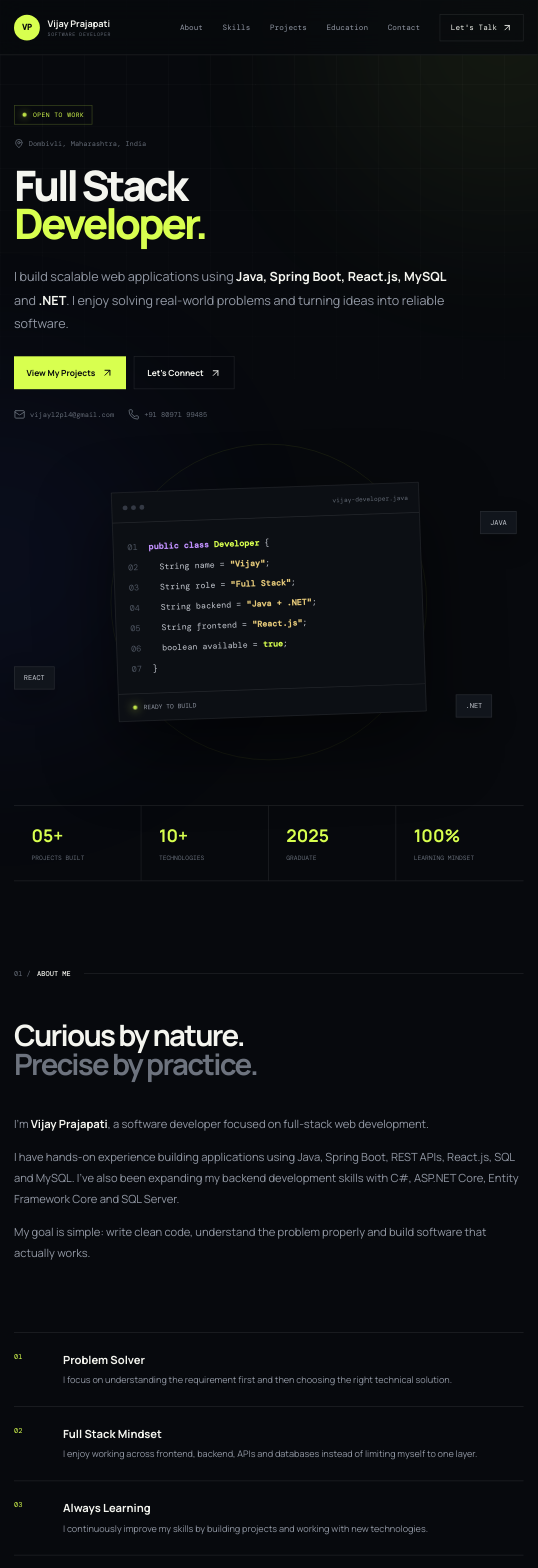
Repository: vijaymp1214/vijay-portfolio
Page: /
These files come from the project's save history. The page is drawn as it stood at one moment and after the next save; the edit follows.
The browser window is 768 px wide. The pictures show the part of the page from y = 0 to 2240 px (the page is 8357 px tall before and 8391 px after), at 70% of full size.
The project was rebuilt for these pictures with package versions that can differ from the ones it lists, and the page was loaded fresh each time.

Above is the page before, as saved 2026-08-12 07:58:06.

### index.html
<!doctype html>
<html lang="en">
  <head>
    <meta charset="UTF-8" />
    <meta name="viewport" content="width=device-width, initial-scale=1.0" />
    <meta name="description" content="Vijay Prajapati — Full Stack Developer portfolio." />
    <meta name="theme-color" content="#080a0f" />
    <title>Vijay Prajapati — Software Developer</title>
  </head>
  <body>
    <div id="root"></div>
    <script type="module" src="/src/main.jsx"></script>
  </body>
</html>

### src/main.jsx
import React from "react";
import ReactDOM from "react-dom/client";
import App from "./App.jsx";
import "./App.css";

ReactDOM.createRoot(document.getElementById("root")).render(
  <React.StrictMode>
    <App />
  </React.StrictMode>
);

### src/App.css
@import url("https://fonts.googleapis.com/css2?family=DM+Mono:wght@400;500&family=Manrope:wght@400;500;600;700;800&display=swap");

:root {
  --bg: #07090d;
  --bg2: #0d1016;
  --card: #10141b;
  --text: #f4f5ef;
  --muted: #9298a4;
  --muted2: #646b76;
  --line: rgba(255, 255, 255, 0.1);
  --green: #d8ff4f;
  --green-dark: #9fbd39;
  --max: 1180px;
}

* {
  margin: 0;
  padding: 0;
  box-sizing: border-box;
}

html {
  scroll-behavior: smooth;
}

body {
  background: var(--bg);
  color: var(--text);
  font-family: "Manrope", sans-serif;
  overflow-x: hidden;
}

a {
  color: inherit;
  text-decoration: none;
}

button,
input,
textarea {
  font-family: inherit;
}

.section-container {
  width: min(1180px, calc(100% - 40px));
  margin: auto;
}

/* BACKGROUND */

.background-grid {
  position: fixed;
  inset: 0;
  z-index: -5;
  pointer-events: none;
  background-image:
    linear-gradient(rgba(255,255,255,0.025) 1px, transparent 1px),
    linear-gradient(90deg, rgba(255,255,255,0.025) 1px, transparent 1px);
  background-size: 60px 60px;
  mask-image: linear-gradient(to bottom, black, transparent 90%);
}

.glow {
  position: fixed;
  width: 500px;
  height: 500px;
  border-radius: 50%;
  pointer-events: none;
  filter: blur(140px);
  opacity: 0.07;
  z-index: -4;
}

.glow-one {
  background: var(--green);
  top: -200px;
  right: -200px;
}

.glow-two {
  background: #425cff;
  bottom: -250px;
  left: -250px;
}

/* NAVBAR */

.navbar {
  position: fixed;
  top: 0;
  width: 100%;
  z-index: 100;
  border-bottom: 1px solid var(--line);
  background: rgba(7, 9, 13, 0.78);
  backdrop-filter: blur(18px);
}

.nav-container {
  width: min(1180px, calc(100% - 40px));
  height: 78px;
  margin: auto;
  display: flex;
  align-items: center;
  justify-content: space-between;
}

.logo {
  display: flex;
  align-items: center;
  gap: 11px;
}

.logo > span {
  width: 37px;
  height: 37px;
  display: grid;
  place-items: center;
  border-radius: 50%;
  background: var(--green);
  color: #080a0d;
  font-family: "DM Mono";
  font-weight: 600;
  font-size: 12px;
}

.logo strong {
  display: block;
  font-size: 13px;
}

.logo small {
  display: block;
  margin-top: 2px;
  color: var(--muted2);
  font-family: "DM Mono";
  font-size: 7px;
  letter-spacing: 0.12em;
}

.nav-links {
  display: flex;
  align-items: center;
  gap: 28px;
  font-family: "DM Mono";
  font-size: 11px;
  color: var(--muted);
}

.nav-links a {
  transition: 0.25s;
}

.nav-links a:hover {
  color: var(--green);
}

.nav-button {
  padding: 11px 15px;
  border: 1px solid var(--line);
  display: flex;
  gap: 7px;
  align-items: center;
  color: var(--text) !important;
}

.nav-button:hover {
  border-color: var(--green);
}

.mobile-menu {
  display: none;
  background: transparent;
  border: 0;
  color: white;
}

/* HERO */

.hero {
  min-height: 820px;
  padding-top: 150px;
  padding-bottom: 90px;
  display: grid;
  grid-template-columns: 1.05fr 0.95fr;
  align-items: center;
  gap: 70px;
}

.availability {
  display: inline-flex;
  align-items: center;
  gap: 9px;
  padding: 7px 11px;
  border: 1px solid rgba(216, 255, 79, 0.25);
  color: var(--green);
  font-family: "DM Mono";
  font-size: 9px;
  letter-spacing: 0.08em;
}

.availability span,
.ready span {
  width: 6px;
  height: 6px;
  border-radius: 50%;
  background: var(--green);
  box-shadow: 0 0 12px var(--green);
  animation: blink 1.7s infinite;
}

@keyframes blink {
  50% {
    opacity: 0.3;
  }
}

.hero-location {
  margin-top: 20px;
  color: var(--muted2);
  display: flex;
  align-items: center;
  gap: 7px;
  font-family: "DM Mono";
  font-size: 10px;
}

.hero h1 {
  margin-top: 25px;
  font-size: clamp(60px, 7.4vw, 100px);
  line-height: 0.92;
  letter-spacing: -0.07em;
  font-weight: 800;
}

.hero h1 span {
  color: var(--green);
}

.hero-description {
  max-width: 650px;
  margin-top: 32px;
  color: var(--muted);
  line-height: 1.85;
  font-size: 18px;
}

.hero-description strong {
  color: var(--text);
}

.hero-buttons {
  display: flex;
  gap: 11px;
  margin-top: 30px;
  flex-wrap: wrap;
}

.primary-button,
.secondary-button {
  padding: 14px 18px;
  display: inline-flex;
  align-items: center;
  gap: 9px;
  font-size: 12px;
  font-weight: 700;
  transition: 0.25s;
}

.primary-button {
  color: #080a0d;
  background: var(--green);
}

.primary-button:hover {
  transform: translateY(-3px);
  box-shadow: 0 10px 35px rgba(216, 255, 79, 0.15);
}

.secondary-button {
  border: 1px solid var(--line);
}

.secondary-button:hover {
  border-color: white;
  transform: translateY(-3px);
}

.hero-contact {
  margin-top: 28px;
  display: flex;
  flex-wrap: wrap;
  gap: 20px;
}

.hero-contact a {
  display: flex;
  gap: 7px;
  align-items: center;
  color: var(--muted2);
  font-family: "DM Mono";
  font-size: 10px;
}

.hero-contact a:hover {
  color: var(--green);
}

/* CODE CARD */

.hero-right {
  position: relative;
  min-height: 470px;
  display: grid;
  place-items: center;
}

.hero-right::before,
.hero-right::after {
  content: "";
  position: absolute;
  border: 1px solid rgba(216, 255, 79, 0.1);
  border-radius: 50%;
}

.hero-right::before {
  width: 450px;
  height: 450px;
}

.hero-right::after {
  width: 320px;
  height: 320px;
}

.developer-card {
  width: min(100%, 440px);
  position: relative;
  z-index: 3;
  background: #0c0f14;
  border: 1px solid var(--line);
  box-shadow: 0 40px 100px rgba(0, 0, 0, 0.55);
  transform: rotate(-2deg);
}

.card-top {
  height: 43px;
  padding: 0 15px;
  display: flex;
  align-items: center;
  gap: 10px;
  border-bottom: 1px solid var(--line);
  font-family: "DM Mono";
  font-size: 9px;
  color: var(--muted2);
}

.dots {
  display: flex;
  gap: 5px;
}

.dots i {
  width: 7px;
  height: 7px;
  border-radius: 50%;
  background: #343944;
}

.card-top span {
  margin-left: auto;
}

.code-content {
  padding: 27px 20px;
  display: flex;
  flex-direction: column;
  gap: 13px;
  font: 12px "DM Mono";
  color: #c6cad2;
}

.code-content > div {
  display: grid;
  grid-template-columns: 30px 1fr;
}

.line {
  color: #4e5561;
}

.purple {
  color: #c291ff;
}

.green {
  color: var(--green);
}

.yellow {
  color: #e4c879;
}

.ready {
  padding: 13px 20px;
  border-top: 1px solid var(--line);
  display: flex;
  align-items: center;
  gap: 9px;
  color: var(--muted);
  font: 9px "DM Mono";
}

.floating-tech {
  position: absolute;
  z-index: 5;
  padding: 9px 13px;
  border: 1px solid var(--line);
  background: #11151c;
  color: #c6cad1;
  font: 10px "DM Mono";
  box-shadow: 0 15px 35px rgba(0, 0, 0, 0.3);
}

.java {
  top: 70px;
  right: 10px;
}

.react {
  bottom: 75px;
  left: 0;
}

.dotnet {
  bottom: 35px;
  right: 45px;
}

/* STATS */

.stats {
  display: grid;
  grid-template-columns: repeat(4, 1fr);
  border-top: 1px solid var(--line);
  border-bottom: 1px solid var(--line);
}

.stats div {
  padding: 25px;
  border-right: 1px solid var(--line);
}

.stats div:last-child {
  border-right: 0;
}

.stats strong {
  display: block;
  color: var(--green);
  font-size: 25px;
}

.stats span {
  color: var(--muted2);
  font: 9px "DM Mono";
  text-transform: uppercase;
}

/* SECTIONS */

.section {
  padding-top: 125px;
  padding-bottom: 125px;
}

.section-title {
  display: flex;
  align-items: center;
  gap: 9px;
  margin-bottom: 60px;
  color: var(--muted2);
  font: 10px "DM Mono";
  text-transform: uppercase;
}

.section-title strong {
  color: var(--text);
  font-weight: 500;
}

.section-title i {
  height: 1px;
  flex: 1;
  margin-left: 10px;
  background: var(--line);
}

/* ABOUT */

.about-grid {
  display: grid;
  grid-template-columns: 1fr 1fr;
  gap: 100px;
}

.about-grid h2,
.project-heading h2,
.education-heading h2,
.contact-left h2 {
  font-size: clamp(42px, 5vw, 67px);
  line-height: 1;
  letter-spacing: -0.06em;
}

.about-grid h2 span,
.project-heading h2 span,
.education-heading h2 span {
  color: #6d737e;
}

.about-text {
  color: var(--muted);
  line-height: 1.85;
  font-size: 16px;
}

.about-text p {
  margin-bottom: 18px;
}

.about-text strong {
  color: var(--text);
}

.principles {
  margin-top: 80px;
  border-top: 1px solid var(--line);
}

.principle {
  display: grid;
  grid-template-columns: 70px 1fr;
  padding: 27px 0;
  border-bottom: 1px solid var(--line);
}

.principle > span {
  color: var(--green);
  font: 10px "DM Mono";
}

.principle h3 {
  margin-bottom: 7px;
  font-size: 16px;
}

.principle p {
  max-width: 650px;
  color: var(--muted);
  font-size: 13px;
  line-height: 1.7;
}

/* SKILLS */

.section-heading {
  font-size: clamp(42px, 5vw, 67px);
  line-height: 1;
  letter-spacing: -0.06em;
  margin-bottom: 50px;
}

.section-heading span {
  color: var(--green);
}

.skills-grid {
  display: grid;
  grid-template-columns: repeat(3, 1fr);
  gap: 12px;
}

.skill-card {
  min-height: 230px;
  padding: 27px;
  background: linear-gradient(145deg, #11151d, #0b0e13);
  border: 1px solid var(--line);
  transition: 0.3s;
}

.skill-card:hover {
  transform: translateY(-5px);
  border-color: rgba(216, 255, 79, 0.35);
}

.skill-icon {
  color: var(--green);
  margin-bottom: 35px;
}

.skill-card h3 {
  margin-bottom: 17px;
  font-size: 16px;
}

.skill-list {
  display: flex;
  flex-wrap: wrap;
  gap: 7px;
}

.skill-list span,
.project-tech span {
  padding: 7px 9px;
  border: 1px solid var(--line);
  color: #aeb3bc;
  font: 9px "DM Mono";
}

/* PROJECTS */

.project-heading {
  display: flex;
  align-items: end;
  justify-content: space-between;
  gap: 40px;
  margin-bottom: 55px;
}

.project-heading p {
  max-width: 450px;
  color: var(--muted);
  font-size: 13px;
  line-height: 1.8;
}

.projects-grid {
  display: grid;
  grid-template-columns: repeat(2, 1fr);
  gap: 12px;
}

.project-card {
  position: relative;
  min-height: 365px;
  padding: 29px;
  background: linear-gradient(145deg, #11151c, #0b0e13);
  border: 1px solid var(--line);
  transition: 0.3s;
}

.project-card:hover {
  transform: translateY(-5px);
  border-color: rgba(216, 255, 79, 0.4);
}

.project-card:last-child {
  grid-column: span 2;
}

.project-number {
  color: var(--green);
  font: 12px "DM Mono";
}

.project-category {
  margin-top: 15px;
  color: var(--muted2);
  font: 9px "DM Mono";
}

.project-card h3 {
  margin-top: 40px;
  font-size: 26px;
  letter-spacing: -0.04em;
}

.project-card p {
  max-width: 650px;
  min-height: 70px;
  margin-top: 12px;
  color: var(--muted);
  font-size: 13px;
  line-height: 1.75;
}

.project-tech {
  display: flex;
  flex-wrap: wrap;
  gap: 7px;
  margin-top: 20px;
}

.project-link {
  position: absolute;
  right: 29px;
  bottom: 29px;
  display: flex;
  align-items: center;
  gap: 7px;
  color: var(--green);
  font: 10px "DM Mono";
}

/* EDUCATION */

.education-heading {
  margin-bottom: 55px;
}

.timeline {
  border-top: 1px solid var(--line);
}

.education-row {
  display: grid;
  grid-template-columns: 60px 180px 1fr;
  gap: 20px;
  padding: 28px 0;
  border-bottom: 1px solid var(--line);
}

.education-number,
.education-year {
  color: var(--muted2);
  font: 10px "DM Mono";
}

.education-number {
  color: var(--green);
}

.education-row h3 {
  font-size: 19px;
}

.education-row p {
  margin-top: 6px;
  color: var(--muted);
  font-size: 12px;
}

.certificate {
  margin-top: 12px;
  padding: 27px;
  border: 1px solid var(--line);
  display: flex;
  align-items: center;
  justify-content: space-between;
}

.certificate small {
  color: var(--green);
  font: 9px "DM Mono";
}

.certificate h3 {
  margin-top: 8px;
}

.certificate p {
  margin-top: 5px;
  color: var(--muted);
  font-size: 12px;
}

.certificate svg {
  color: var(--green);
}

/* CONTACT */

.contact-section {
  padding: 120px 0;
  background: var(--green);
  color: #080a0d;
}

.light-title {
  color: #5b6c25;
}

.light-title strong {
  color: #080a0d;
}

.light-title i {
  background: rgba(8, 10, 13, 0.2);
}

.contact-grid {
  display: grid;
  grid-template-columns: 1fr 1fr;
  gap: 90px;
}

.contact-left h2 span {
  color: #080a0d;
}

.contact-left > p {
  max-width: 530px;
  margin-top: 28px;
  color: #40501a;
  font-size: 14px;
  line-height: 1.8;
}

.social-links {
  display: flex;
  flex-wrap: wrap;
  gap: 9px;
  margin-top: 30px;
}

.social-links a {
  display: flex;
  align-items: center;
  gap: 8px;
  padding: 10px 13px;
  border: 1px solid rgba(8, 10, 13, 0.2);
  font: 10px "DM Mono";
}

.social-links a:hover {
  background: #080a0d;
  color: var(--green);
}

.contact-form {
  padding: 32px;
  background: #080a0d;
  color: white;
  box-shadow: 0 30px 70px rgba(0, 0, 0, 0.2);
}

.contact-form label {
  display: block;
  margin-bottom: 18px;
  color: #777d87;
  font: 9px "DM Mono";
}

.contact-form input,
.contact-form textarea {
  width: 100%;
  display: block;
  margin-top: 8px;
  padding: 13px;
  border: 1px solid var(--line);
  outline: none;
  background: #10131a;
  color: white;
  font-size: 13px;
}

.contact-form textarea {
  resize: vertical;
}

.contact-form input:focus,
.contact-form textarea:focus {
  border-color: var(--green);
}

.send-button {
  width: 100%;
  padding: 14px;
  border: 0;
  background: var(--green);
  color: #080a0d;
  display: flex;
  align-items: center;
  justify-content: center;
  gap: 8px;
  font-weight: 700;
  cursor: pointer;
}

/* FOOTER */

footer {
  background: #07090d;
}

.footer-inner {
  min-height: 90px;
  display: flex;
  justify-content: space-between;
  align-items: center;
  color: var(--muted2);
  font: 9px "DM Mono";
}

.footer-inner strong {
  color: var(--green);
  font-size: 18px;
}

/* RESPONSIVE */

@media (max-width: 900px) {
  .hero {
    grid-template-columns: 1fr;
    gap: 60px;
  }

  .hero-right {
    min-height: 400px;
  }

  .about-grid,
  .contact-grid {
    grid-template-columns: 1fr;
    gap: 50px;
  }

  .skills-grid {
    grid-template-columns: repeat(2, 1fr);
  }

  .projects-grid {
    grid-template-columns: 1fr;
  }

  .project-card:last-child {
    grid-column: auto;
  }

  .project-heading {
    align-items: start;
    flex-direction: column;
  }
}

@media (max-width: 700px) {
  .nav-container {
    height: 70px;
  }

  .mobile-menu {
    display: block;
  }

  .nav-links {
    display: none;
    position: absolute;
    top: 70px;
    left: 15px;
    right: 15px;
    padding: 12px;
    flex-direction: column;
    align-items: stretch;
    gap: 0;
    background: #0c0f14;
    border: 1px solid var(--line);
  }

  .nav-links.active {
    display: flex;
  }

  .nav-links a {
    padding: 14px;
  }

  .nav-button {
    justify-content: center;
  }

  .hero {
    padding-top: 130px;
  }

  .stats {
    grid-template-columns: repeat(2, 1fr);
  }

  .stats div {
    border-bottom: 1px solid var(--line);
  }

  .skills-grid {
    grid-template-columns: 1fr;
  }

  .education-row {
    grid-template-columns: 45px 1fr;
  }

  .education-year {
    grid-column: 2;
  }

  .education-row > div {
    grid-column: 2;
  }

  .education-number {
    grid-row: 1 / span 2;
  }
}

@media (max-width: 500px) {
  .section-container {
    width: min(100% - 28px, 1180px);
  }

  .hero h1 {
    font-size: 56px;
  }

  .hero-description {
    font-size: 14px;
  }

  .hero-right {
    min-height: 350px;
  }

  .hero-right::before {
    width: 320px;
    height: 320px;
  }

  .hero-right::after {
    width: 230px;
    height: 230px;
  }

  .developer-card {
    width: 100%;
  }

  .floating-tech {
    display: none;
  }

  .section {
    padding-top: 85px;
    padding-bottom: 85px;
  }

  .about-grid h2,
  .project-heading h2,
  .education-heading h2,
  .contact-left h2 {
    font-size: 43px;
  }

  .project-card {
    min-height: 390px;
  }

  .project-card h3 {
    font-size: 23px;
  }

  .project-link {
    position: static;
    margin-top: 25px;
  }

  .contact-section {
    padding: 85px 0;
  }

  .contact-form {
    padding: 22px;
  }

  .footer-inner {
    padding: 25px 0;
    flex-wrap: wrap;
    gap: 15px;
  }
}

Loaded but not shown: src/App.jsx (656 lines, source omitted)

After the next save:
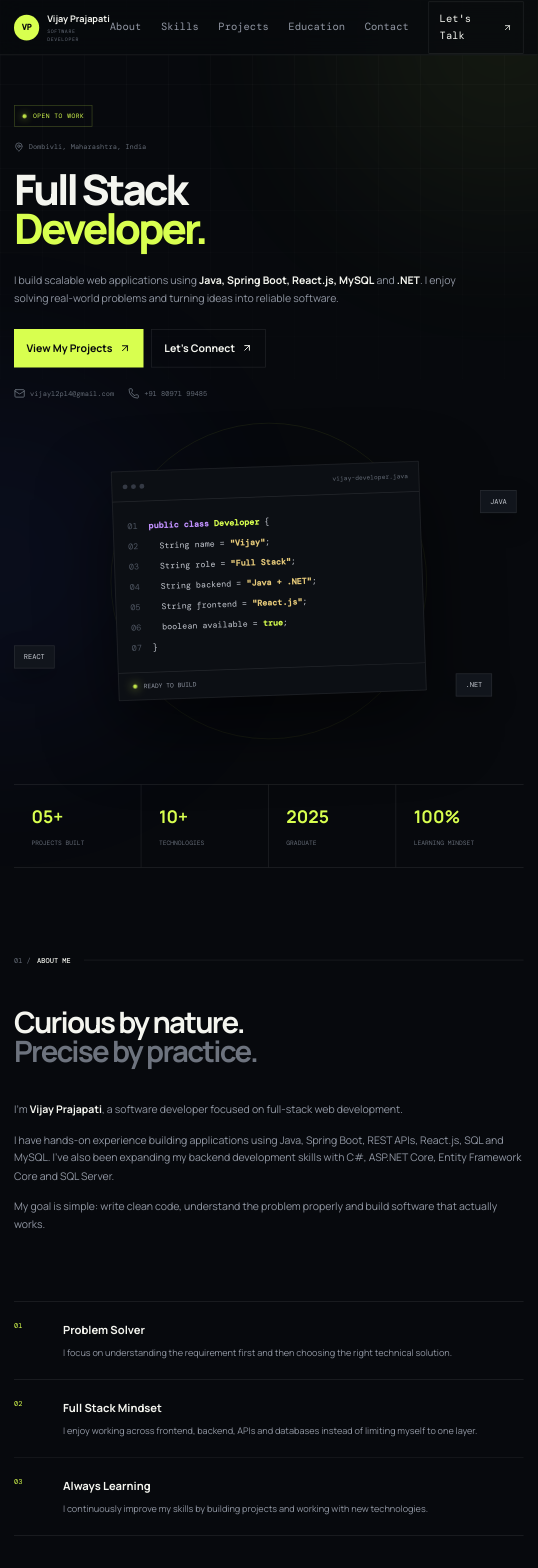
Saved 3 min 35 s later.
--- a/src/App.css
+++ b/src/App.css
@@ -241,7 +241,7 @@ textarea {
   margin-top: 32px;
   color: var(--muted);
   line-height: 1.85;
-  font-size: 18px;
+  font-size: 16px;
 }
 
 .hero-description strong {
@@ -521,7 +521,7 @@ textarea {
 .about-text {
   color: var(--muted);
   line-height: 1.85;
-  font-size: 16px;
+  font-size: 14px;
 }
 
 .about-text p {
@@ -1075,3 +1075,88 @@ footer {
     gap: 15px;
   }
 }
+/* ================================
+   GLOBAL FONT SIZE IMPROVEMENT
+   ================================ */
+
+html {
+  font-size: 16px;
+}
+
+body {
+  font-size: 16px;
+  line-height: 1.7;
+}
+
+/* Navbar */
+.navbar a,
+nav a {
+  font-size: 15px;
+}
+
+/* Normal text */
+p {
+  font-size: 16px;
+  line-height: 1.7;
+}
+
+/* Hero */
+.hero-description {
+  font-size: 17px;
+  line-height: 1.8;
+}
+
+/* Section headings */
+h2 {
+  font-size: 36px;
+}
+
+h3 {
+  font-size: 24px;
+}
+
+/* Project cards */
+.project-card p,
+.project-description {
+  font-size: 16px;
+  line-height: 1.7;
+}
+
+/* Skills / tags */
+.skill,
+.tech-tag,
+.tag {
+  font-size: 14px;
+}
+
+/* Buttons */
+button,
+.primary-button,
+.secondary-button {
+  font-size: 15px;
+}
+
+/* About / education / general content */
+.about p,
+.education p,
+section p {
+  font-size: 16px;
+}
+
+/* Mobile */
+@media (max-width: 768px) {
+  body {
+    font-size: 15px;
+  }
+
+  p,
+  .hero-description,
+  .project-card p,
+  section p {
+    font-size: 15px;
+  }
+
+  h2 {
+    font-size: 30px;
+  }
+}
